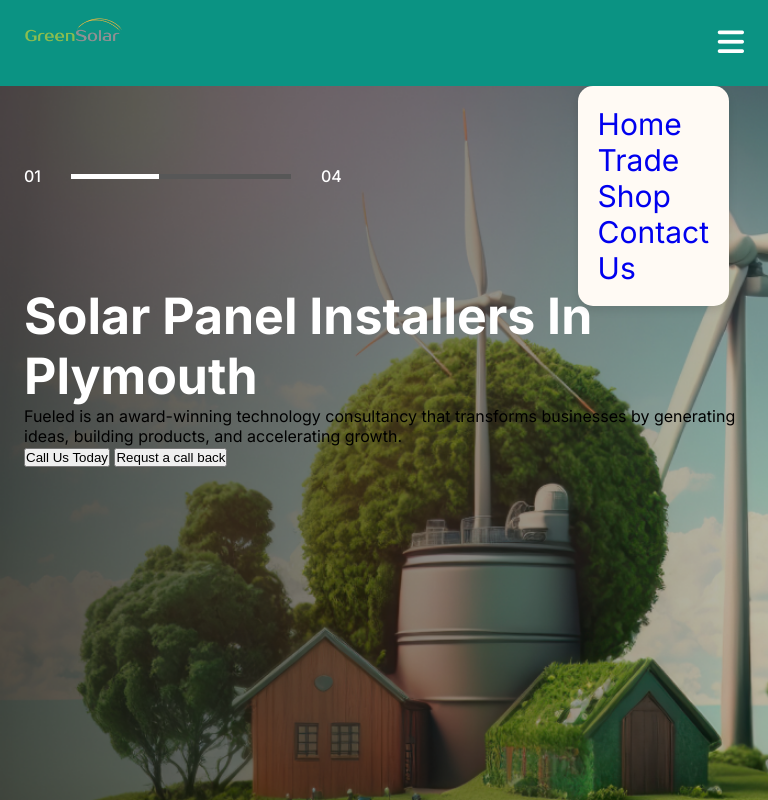
Repository: zeinawady/Solar-Company-Template
Page: index.html
An editor plug-in stored every save of this project. The page is shown before and after the next save, followed by the edit.
The browser window is 768 px wide. The pictures show the whole page.
The pointer rests on the first visible `.burger`.

Above is the page before, as saved 2024-09-17 17:13:21.

After the next save:
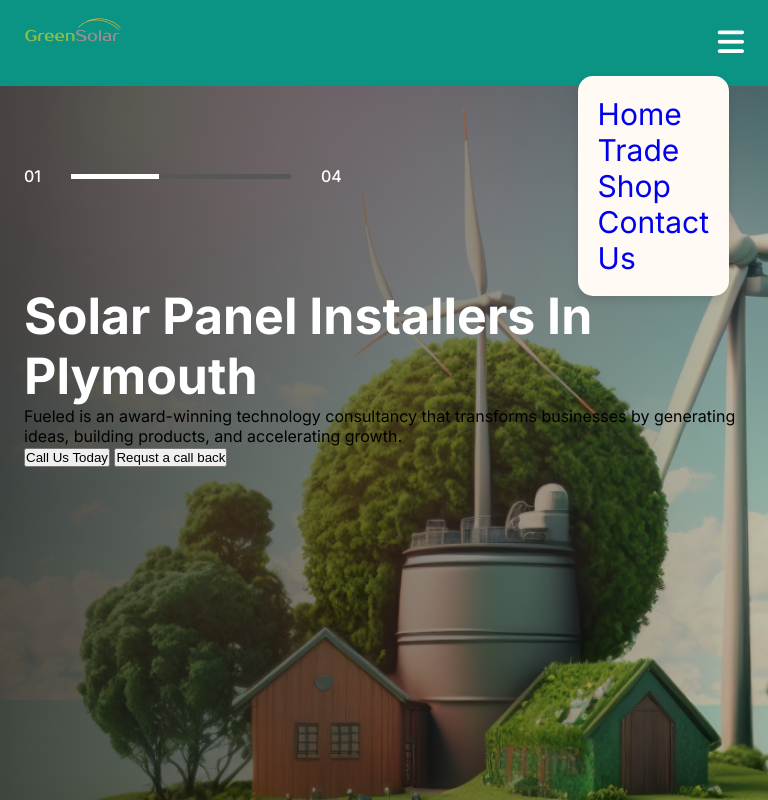
Saved 2 min 43 s later.
--- a/css/style.css
+++ b/css/style.css
@@ -98,7 +98,7 @@ align-items: flex-end;
     .burger:hover .navHover{
         display: block;
         position: absolute;
-        top: 86px;
+        top: 76px;
         right: 15px;
         background-color:rgb(255, 250, 244);
         z-index: 99;
